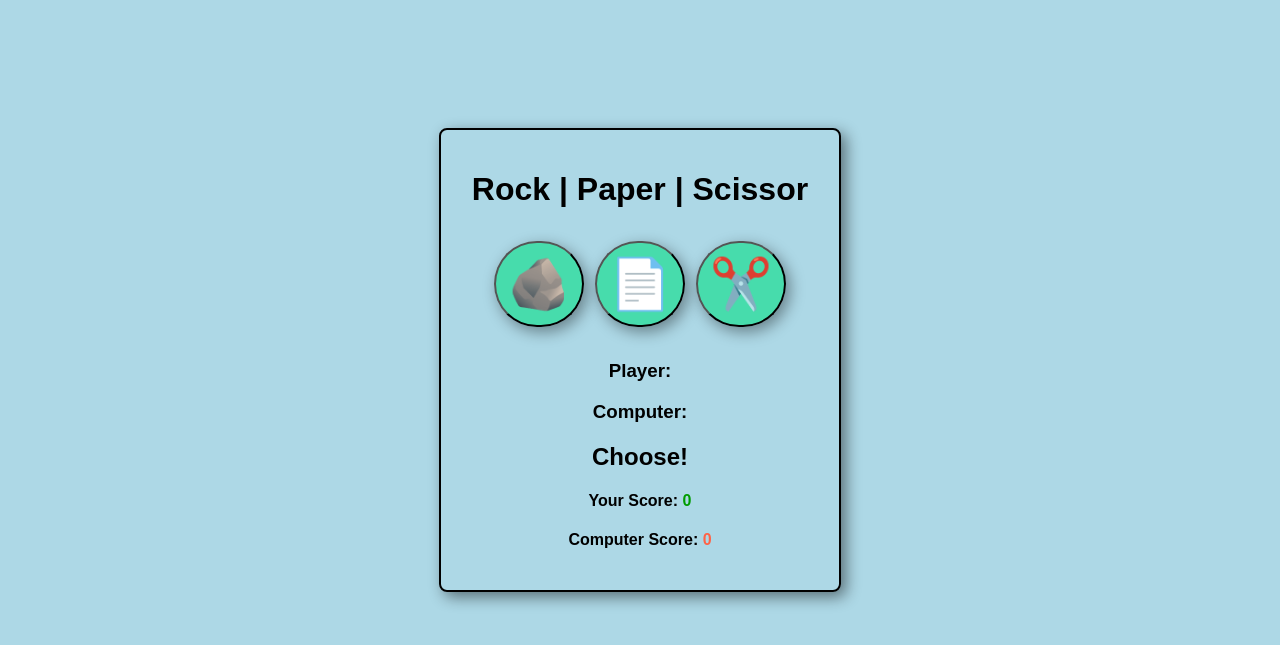
Repository: SakthivelDurai47/Rock-Paper-Sissors
Page: index.html
An editor plug-in stored every save of this project. The page is shown before and after the next save, followed by the edit.
The browser window is 1280 px wide. The pictures show the whole page.

Above is the page before, as saved 2025-04-14 23:20:59.

After the next save:
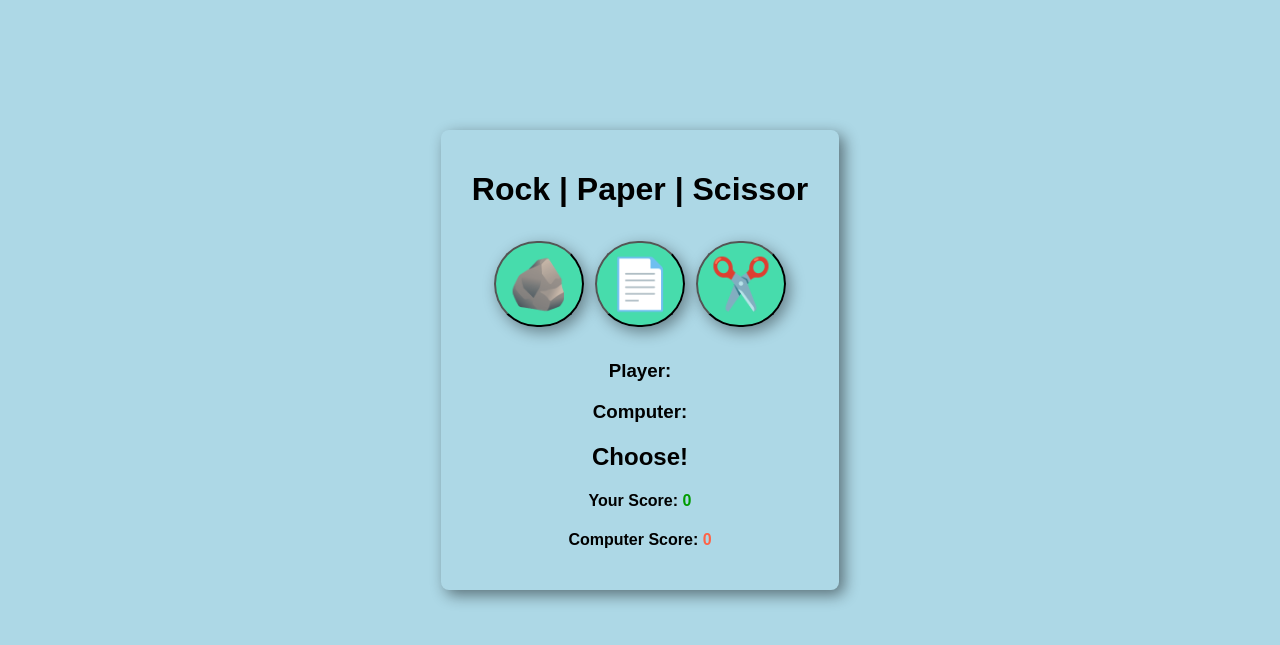
Saved 5 s later.
--- a/styles.css
+++ b/styles.css
@@ -40,7 +40,6 @@ button:hover {
   color: tomato;
 }
 main {
-  border: 2px solid black;
   margin: auto;
   padding: 20px;
   border-radius: 8px;
